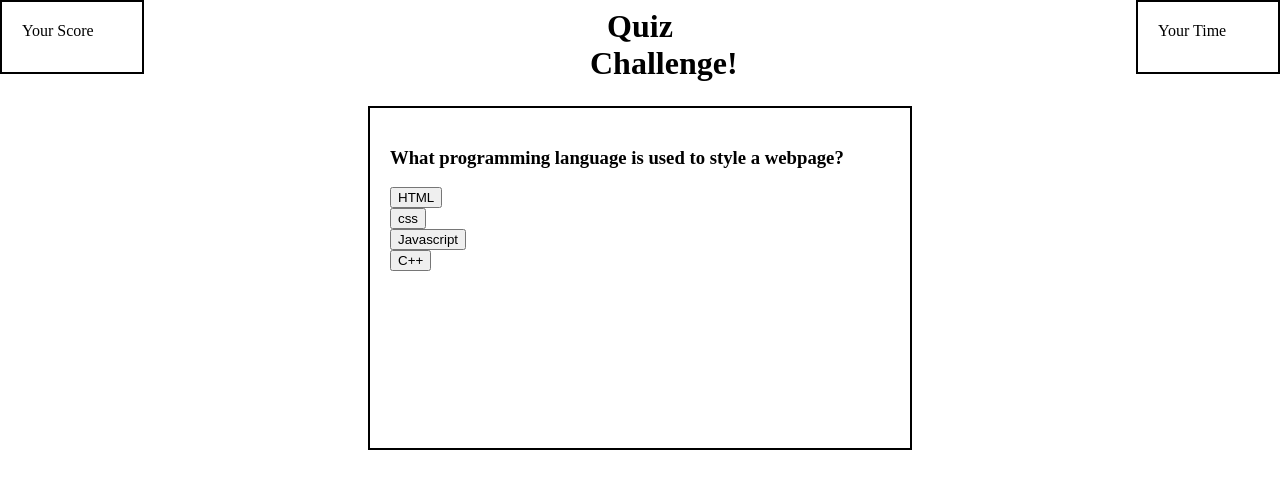
Repository: s88leigh/Quiz-Challenge
Page: index.html
These files come from the project's save history. The page is drawn as it stood at one moment and after a run of saves; the edit follows.
The browser window is 1280 px wide. The pictures show the whole page.

Above is the page before, as saved 2019-10-19 20:58:56.

After the next 2 saves:
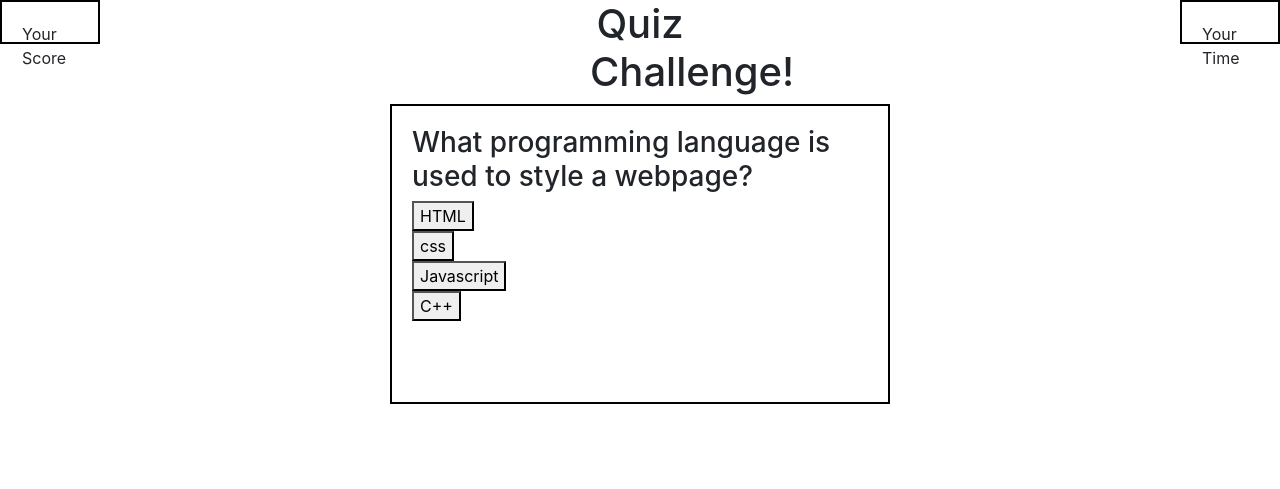
The 2 saves are shown as one change because they came seconds apart.
The last was saved 7 min 56 s later.
--- a/index.html
+++ b/index.html
@@ -6,6 +6,7 @@
     <meta name="viewport" content="width=device-width, initial-scale=1.0">
     <meta http-equiv="X-UA-Compatible" content="ie=edge">
     <link rel="stylesheet" type="text/css" href="style.css">
+    <link rel="stylesheet" href="https://stackpath.bootstrapcdn.com/bootstrap/4.3.1/css/bootstrap.min.css" integrity="sha384-ggOyR0iXCbMQv3Xipma34MD+dH/1fQ784/j6cY/iJTQUOhcWr7x9JvoRxT2MZw1T" crossorigin="anonymous">
     <title>Quiz</title>
 
 
